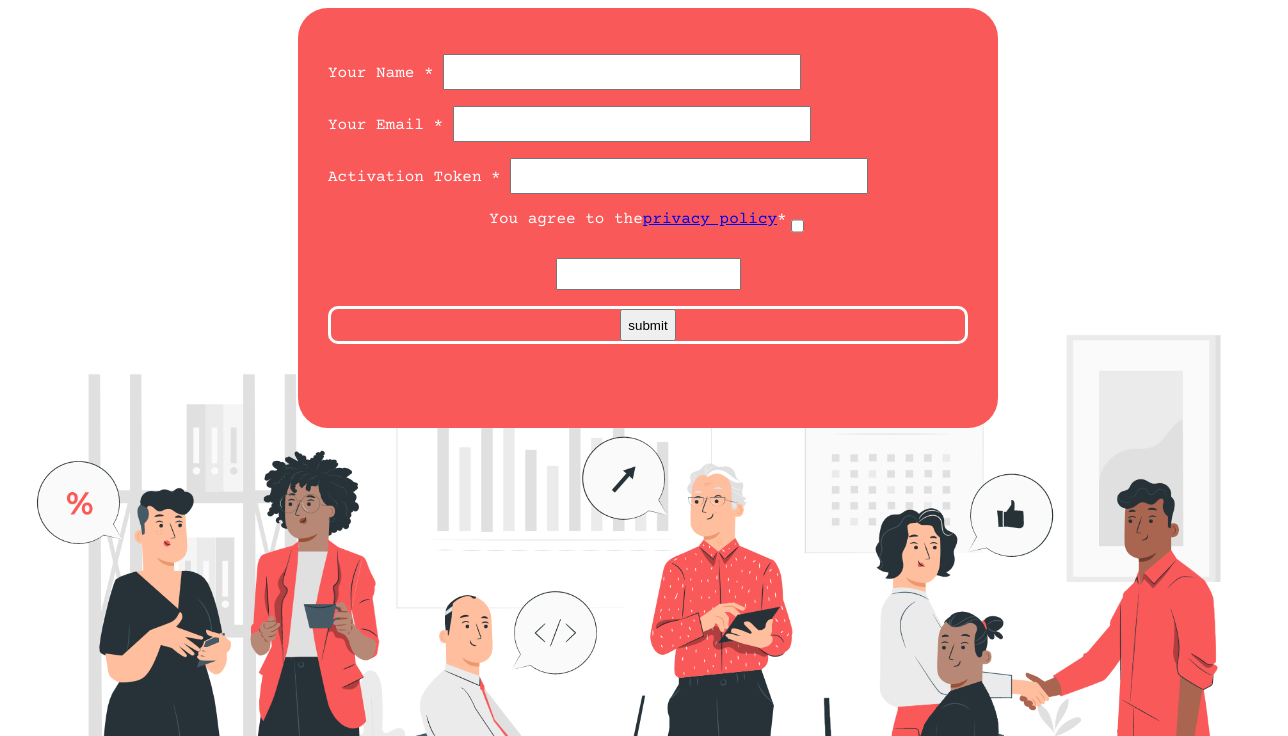
Repository: Rachael4life/Assignment-1
Page: starter-code/src/index.html
The author's editor kept a copy of each file at every save. The page is drawn from the files as they stood at one save, then again after a run of saves.
The browser window is 1280 px wide. The page is 1288 px wide, so the pictures cover 1288 px, including what lies to the right of the window. The pictures show the whole page.

Above is the page before, as saved 2022-02-25 16:40:30.

### starter-code/src/index.html
<!DOCTYPE html>
<html lang="en">
<head>
    <meta charset="UTF-8">
    <meta http-equiv="X-UA-Compatible" content="IE=edge">
    <meta name="viewport" content="width=device-width, initial-scale=1.0">
    <link rel="stylesheet" href="style.css">
    <link rel="preconnect" href="https://fonts.googleapis.com">
<link rel="preconnect" href="https://fonts.gstatic.com" crossorigin>
    <link href="https://fonts.googleapis.com/css2?family=Courier+Prime&display=swap" rel="stylesheet">
    <title>Assignment 1</title>
</head>
<body>
    <div id="ramyeon">

        <form class="kimchi">
            <div> <p></p>
                <label for="name">Your Name <span class="asteric">*</span></label>
                <input class="formgroup" type="text" name="name" id="name" placeholder="">
            </div>
            <div> <p></p>
                <label for="email">Your Email <span class="asteric">*</span> </label>
                <input class="formgroup" type="text" name="email" id="email" placeholder="">
            </div>
            <div> <p></p>
                <label for="password">Activation Token <span class="asteric">*</span> </label>
                <input class="formgroup" type="password" name="activation token" id="password" placeholder="">
            </div>
           <p></p>
            <div id="water"><p></p>
                You agree to the <a href="privacy policy"> privacy policy</a> * <input type="checkbox">
            </div>
            <p></p>
            <div id="beef"><p></p>
                <input type="text">
            </div>
            <p></p>
            <div id="gogi"><p></p>
                <button type="button">submit</button>
            </div>
        </form>
    </div>
</body>
</html>

### starter-code/src/style.css
body {
    color: white;
    font-family: 'Courier Prime', monospace;
    width: 100vw;
    height: 100vh;
    background-image: url("img.png");
    background-size: cover;
    background-repeat: no-repeat;
}
form {
    background-color: #fa5959;
    font-size: 16px;
    width: 50%;
    height: 50%;
    padding: 30px;
    border-radius: 30px;
}
#ramyeon {
    display: flex;
    justify-content: center;
    align-content: space-between;
    width: 100%;
    height: 100%;
}
#beef {
    align-content: center;
    justify-content: center;
    display: flex;
}
#gogi {
    display: flex;
    justify-content: center;
    align-content:center;
    border-style: solid;
    border width: 30%;
    border-radius: 10px 10px 10px 10px;
    bor
}
#water {
    align-content: center;
    justify-content: center;
    display:flex;
}
.formgroup {
    width: 350px;
    height: 30px;
}

After the next 5 saves:
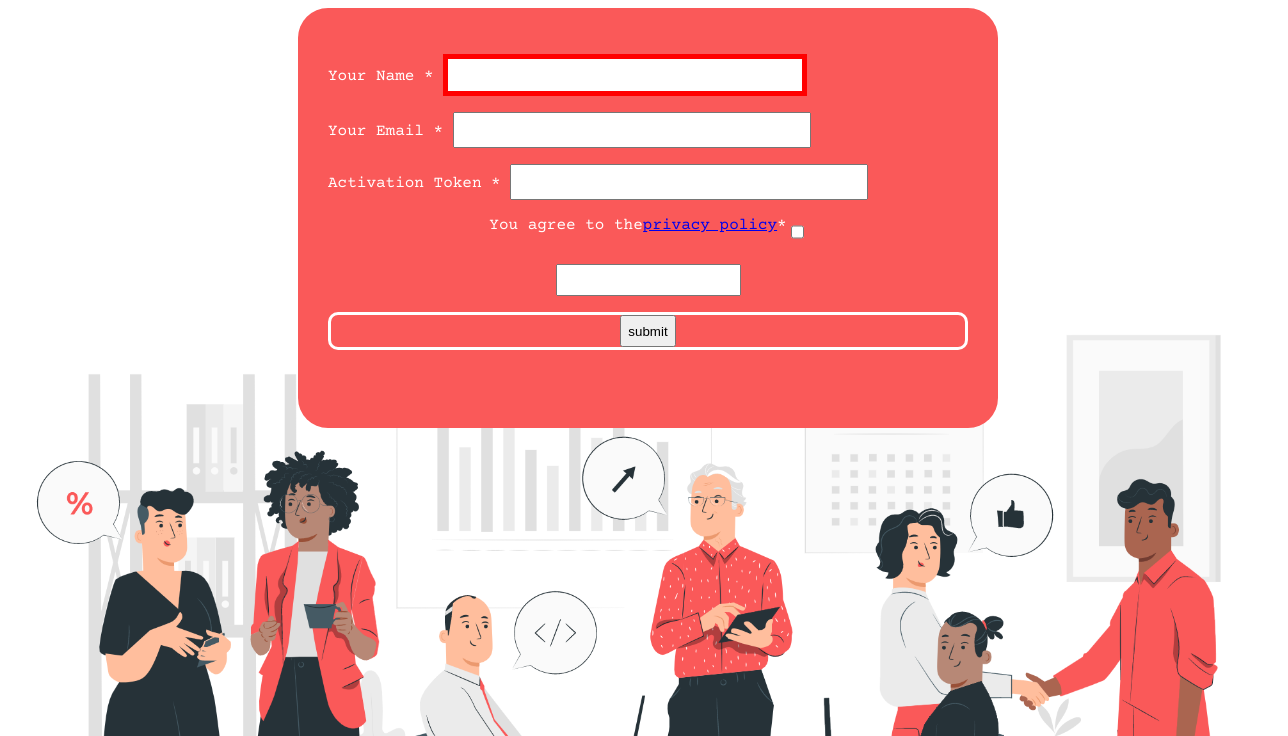
The 5 saves are shown as one change because they came seconds apart.
The last was saved 13 s later.
--- a/starter-code/src/style.css
+++ b/starter-code/src/style.css
@@ -45,3 +45,6 @@ form {
     width: 350px;
     height: 30px;
 }
+#name {
+    border: 5px solid red;
+}
